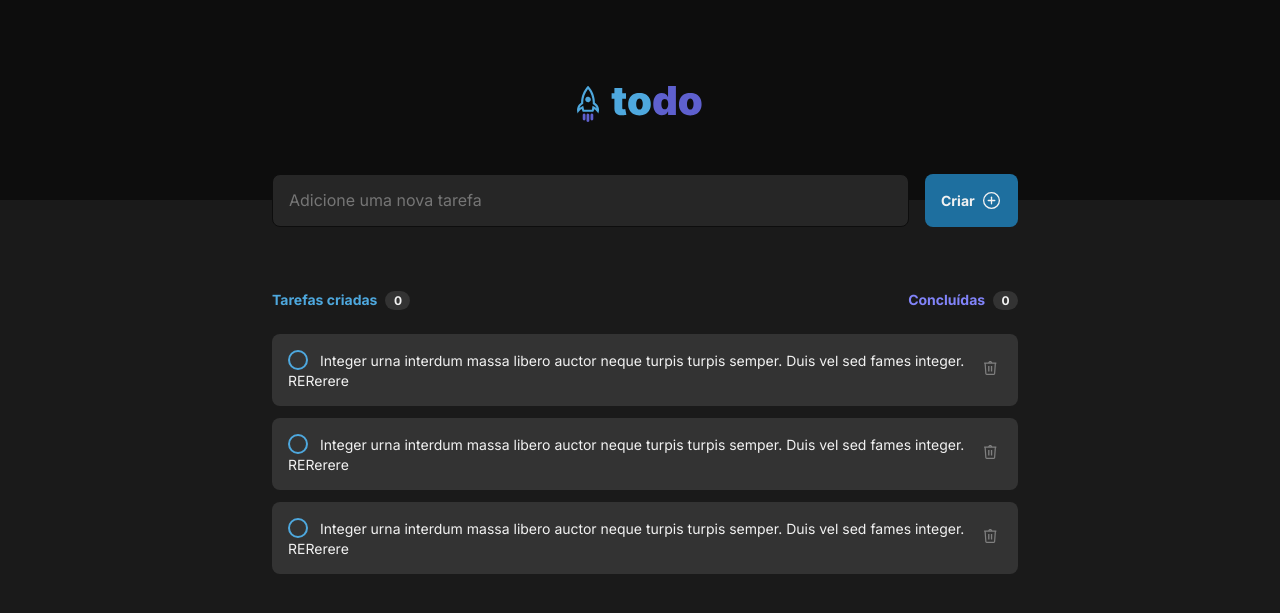
Repository: viniimartins/ToDoListROCKETSEAT
Page: /
The author's editor kept a copy of each file at every save. The page is drawn from the files as they stood at one save, then again after a run of saves.
The browser window is 1280 px wide. The pictures show the whole page.
The project was rebuilt for these pictures with package versions that can differ from the ones it lists, and the page was loaded fresh each time. Also part of the build but not shown: vite.config.ts.

Above is the page before, as saved 2023-05-08 14:28:52.

### index.html
<!DOCTYPE html>
<html lang="en">
  <head>
    <meta charset="UTF-8" />

    <link rel="preconnect" href="https://fonts.googleapis.com" />
    <link rel="preconnect" href="https://fonts.gstatic.com" crossorigin />

    <link rel="icon" type="image/svg+xml" href="/vite.svg" />
    <meta name="viewport" content="width=device-width, initial-scale=1.0" />
    <title>Vite + React + TS</title>

    <link
      href="https://fonts.googleapis.com/css2?family=Inter:wght@400;700&display=swap"
      rel="stylesheet"
    />
  </head>
  <body>
    <div id="root"></div>
    <script type="module" src="/src/main.tsx"></script>
  </body>
</html>

### src/App.tsx
import { Header } from "./Components/Header";
import { AddTask } from "./Components/AddTask";
import { Task } from "./Components/Task";

import styles from "./App.module.css";
import "./global.css";

export function App() {
  return (
    <>
      <div>
        <Header />

        <main className={styles.wrapper}>
          <AddTask />

            <Task />
        </main>
      </div>
    </>
  );
}

### src/Components/Header.tsx
import styles from "./Header.module.css";
import Logo from "../assets/Logo.svg";

export function Header() {
  return (
    <>
      <header className={styles.header}>
        <img src={Logo} />
      </header>
    </>
  );
}

### src/Components/AddTask.tsx
import { PlusCircle } from "phosphor-react";
import styles from "./AddTask.module.css";

export function AddTask() {
  return (
    <div className={styles.inputs}>
      <input
        className={styles.inputText}
        type="text"
        placeholder="Adicione uma nova tarefa"
      />
      <button className={styles.Button}>
        <span className={styles.ButtonText}>Criar</span>
        <PlusCircle size={21} />
      </button>
    </div>
  );
}

### src/Components/Task.tsx
import { TaskCreated } from "./TaskCreated";
import { TaskNotCreate } from "./TaskNotCreated";
import styles from "./task.module.css";

export function Task() {
  return (
    <div className={styles.task}>
      <header className={styles.taskHeader}>
        <div className={styles.taskCreated}>
          <p>Tarefas criadas</p>

          <span className={styles.taskCounter}>
            <p>0</p>
          </span>
        </div>

        <div className={styles.taskConcluded}>
          <p>Concluídas</p>

          <span className={styles.taskCounter}>
            <p>0</p>
          </span>
        </div>
      </header>

      <div>
          <TaskCreated />
          <TaskCreated />
          <TaskCreated />

      </div>
    </div>
  );
}

### src/App.module.css
.wrapper {
  max-width: 46rem;
  margin: -1.656rem auto;

  display: grid;
  grid-template-columns: 1fr;
  gap: 4rem;
  align-items: flex-start;

}

### src/global.css
:root {
  --white: #fff;

  --gray-100: #f2f2f2;
  --gray-200: #d9d9d9;
  --gray-300: #808080;
  --gray-400: #333333;
  --gray-500: #262626;
  --gray-600: #1a1a1a;
  --gray-700: #0d0d0d;

  --purble: #8284fa;
  --purbleDark: #5e60ce;

  --blue: #4ea8de;
  --blueDark: #1E6F9F;

  --darger: #e25858;
}

:focus {
  outline: transparent;
  box-shadow: 0 0 0 2px var(--purbleDark);
}

* {
  margin: 0;
  padding: 0;
  box-sizing: border-box;
}

body {
  background: var(--gray-600);
  color: var(--gray-100);
  -webkit-font-smoothing: antialiased;
}

body,
input,
textarea,
button {
  font-family: "Inter", sans-serif;
  font-weight: 400;
  font-size: 1rem;
}

### src/Components/Header.module.css
.header {
  height: 12.5rem;
  background-color: var(--gray-700);
  display: flex;
  justify-content: center;
  align-items: center;
}

.header img {
  width: 7.875rem;
  height: 3rem;
}

### src/Components/AddTask.module.css
.inputs {
  display: flex;
  gap: 1rem;
}

.inputText {
  width: 39.813rem;
  height: 3.313rem;

  border-radius: 0.5rem;
  padding: 1rem;
  border: 1px solid var(--gray-700);
  color: var(--gray-100);

  font-weight: 400;
  font-size: 1rem;
  background-color: var(--gray-500);
}

.Button {
  display: flex;
  align-items: center;

  background-color: var(--blueDark);
  color: var(--gray-100);

  border: none;
  border-radius: 0.5rem;
  padding: 1rem;
  cursor: pointer;
  gap: 0.4rem;


  font-weight: 700;
  font-size: 0.875rem;
}

.Button:hover {
  background: var(--blue);
}

### src/Components/TaskCreated.tsx
import React, { useState } from "react";
import styles from "./TaskCreated.module.css";
import Trash from "../assets/trash.svg";

interface Props {
  label: string;
}

export function TaskCreated({ label }: Props) {
  const [checked, setChecked] = useState(false);

  const handleChange = (event: React.ChangeEvent<HTMLInputElement>) => {
    setChecked(event.target.checked);
  };

  return (
    <div className={styles.taskCreated}>
      <label className={styles.checkbox}>
        <input type="checkbox" checked={checked} onChange={handleChange} />
        <span className={styles.checkmark}></span>
        <span className={styles.label}>
          Integer urna interdum massa libero auctor neque turpis turpis semper.
          Duis vel sed fames integer. RERerere
        </span>
      </label>

      <button>
        <img src={Trash} alt="trash" />
      </button>
    </div>
  );
}

### src/Components/Task.module.css
.taskHeader {
  display: flex;
  justify-content: space-between;

  margin-bottom: 1.5rem;

}

.taskCreated {
  display: flex;
  gap: 0.5rem;
}

.taskCreated p {
  color: var(--blue);
  font-size: 0.875rem;
  font-weight: 700;
}

.taskConcluded {
  display: flex;
  gap: 0.5rem;
}

.taskConcluded p {
  color: var(--purble);
  font-size: 0.875rem;
  font-weight: 700;
}

.taskCounter {
  width: 25px;
  height: 19px;

  display: flex;
  align-items: center;
  justify-content: center;

  padding: 2px 8px;
  border-radius: 999px;

  background-color: var(--gray-400);
}

.taskCounter p {
  font-size: 12px;
  font-weight: 700;
  line-height: 15px;
  background-color: transparent;
  color: inherit;
}

### src/Components/TaskCreated.module.css
.taskCreated {
  display: flex;
  align-items: center;

  background-color: var(--gray-400);
  border-color: 1px solid var(--gray-500);
  height: 4.5rem;
  border-radius: 0.5rem;
  padding: 1rem;
  margin-bottom: 0.75rem;
}

.checkbox {
  display: inline-block;
  position: relative;
  cursor: pointer;
  user-select: none;
}

.checkbox input {
  position: absolute;
  opacity: 0;
  cursor: pointer;
}

.checkmark {
  position: absolute;
  top: 0;
  left: 0;
  height: 20px;
  width: 20px;
  border: 2px solid var(--blue);
  border-radius: 50%;
  background-color: transparent;
}

.checkbox:hover input ~ .checkmark {
  background-color: var(--blueDark);
}

.checkbox input:checked ~ .checkmark {
  background-color: var(--purbleDark);
  border-color: var(--purbleDark);
}

.checkbox input:checked ~ .checkmark:hover {
  background-color: var(--purble);
  border-color: var(--purble);
}

.checkmark::after {
  content: "";
  position: absolute;
  display: none;
}

.checkbox input:checked ~ .checkmark::after {
  display: block;
}

.checkbox .checkmark::after {
  left: 5px;
  top: 1px;
  width: 4px;
  height: 9px;
  border: solid white;
  border-width: 0 1.9px 1.9px 0;
  transform: rotate(45deg);
}

.label {
  margin-left: 2rem;
  font-size: 0.875rem;
  /* padding: 1rem 1rem */
}

button {
  border: none;
  background: none;
}

Loaded but not shown: src/main.tsx (common file)

After the next 2 saves:
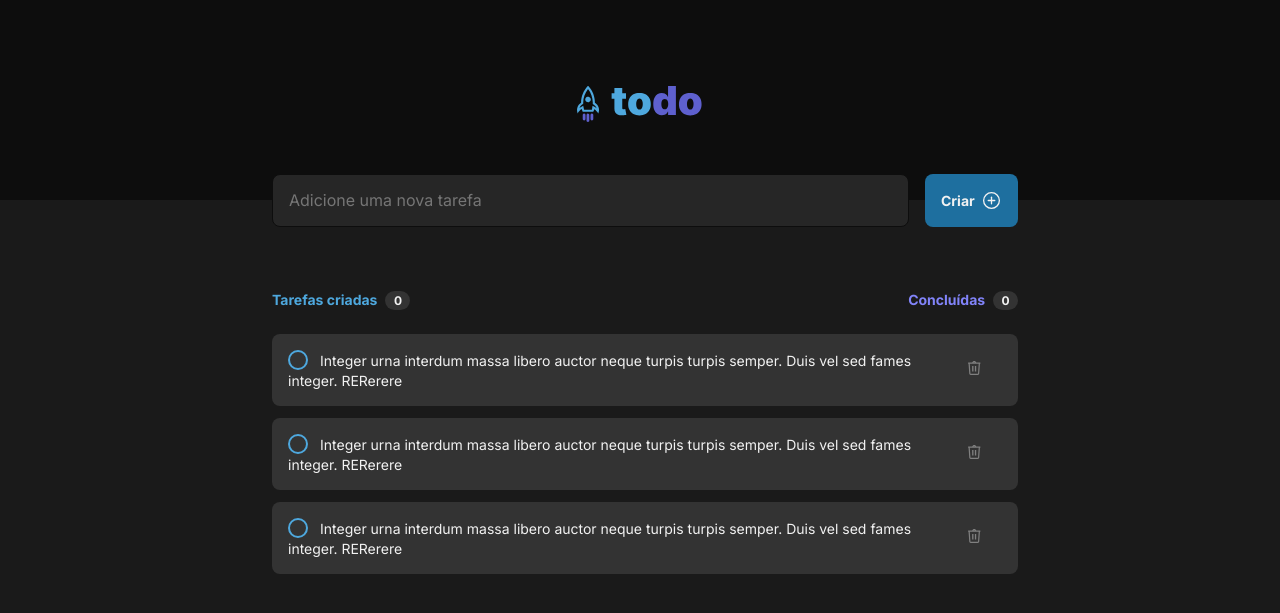
The 2 saves are shown as one change because they came seconds apart.
The last was saved 9 s later.
--- a/src/Components/TaskCreated.module.css
+++ b/src/Components/TaskCreated.module.css
@@ -71,10 +71,11 @@
 .label {
   margin-left: 2rem;
   font-size: 0.875rem;
-  /* padding: 1rem 1rem */
 }
 
 button {
+
   border: none;
   background: none;
+  padding: 1rem;
 }
